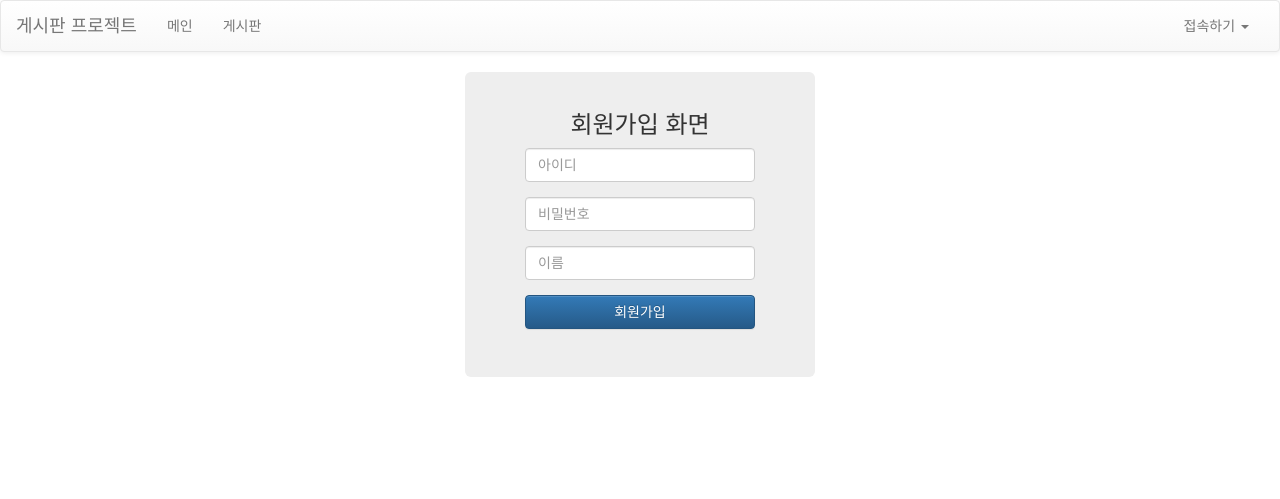
Repository: Seok7975/JSP-Education
Page: http://localhost/BBS/join.jsp
The author's editor kept a copy of each file at every save. The page is drawn from the files as they stood at one save, then again after the next save.
The browser window is 1280 px wide. The pictures show the whole page.
Some web libraries are served in a nearby version. The page is served by Tomcat 9. Other server files are loaded and not shown.

Above is the page before, as saved 2024-06-05 04:59:07.

### List_Projects/BBS/src/main/webapp/join.jsp
 <!-- 회원가입화면 -->
<%@ page language="java" contentType="text/html; charset=UTF-8"
    pageEncoding="UTF-8"%>
<!DOCTYPE html>
<html>
<head>
<meta http-equiv="Content-Type" content="text/html; charset=UTF-8">
<meta name="viewport" content="width=device-width, initial-scale=1">
<!-- Latest compiled and minified CSS -->
<link rel="stylesheet" href="https://cdn.jsdelivr.net/npm/bootstrap@3.3.7/dist/css/bootstrap.min.css" integrity="sha384-BVYiiSIFeK1dGmJRAkycuHAHRg32OmUcww7on3RYdg4Va+PmSTsz/K68vbdEjh4u" crossorigin="anonymous">
<!-- Optional theme -->
<link rel="stylesheet" href="https://cdn.jsdelivr.net/npm/bootstrap@3.3.7/dist/css/bootstrap-theme.min.css" integrity="sha384-rHyoN1iRsVXV4nD0JutlnGaslCJuC7uwjduW9SVrLvRYooPp2bWYgmgJQIXwl/Sp" crossorigin="anonymous">
<!-- jQuery (necessary for Bootstrap's JavaScript plugins) -->
<script src="https://code.jquery.com/jquery-3.1.1.min.js"></script>
<!-- Latest compiled and minified JavaScript -->
<script src="https://cdn.jsdelivr.net/npm/bootstrap@3.3.7/dist/js/bootstrap.min.js" integrity="sha384-Tc5IQib027qvyjSMfHjOMaLkfuWVxZxUPnCJA7l2mCWNIpG9mGCD8wGNIcPD7Txa" crossorigin="anonymous"></script>
<title>JSP 게시판 웹 사이트</title>
</head>
<body>
	<nav class="navbar navbar-default">
		<div class="container-fluid">
			<div class="navbar-header">
				<button type="button" class="navbar-toggle collapsed" data-toggle="collapse" data-target="#bs-example-navbar-collapse-1" aria-expanded="false">
					<span class="sr-only">Toggle navigation</span>
					<span class="icon-bar"></span>
					<span class="icon-bar"></span>
					<span class="icon-bar"></span>
				</button>
				<a class="navbar-brand" href="main.jsp">게시판 프로젝트</a>
			</div>
			<div class="collapse navbar-collapse" id="bs-example-navbar-collapse-1">
				<ul class="nav navbar-nav">
					<li><a href="main.jsp">메인</a></li>
					<li><a href="bbs.jsp">게시판</a></li>
				</ul>
				<ul class="nav navbar-nav navbar-right">
					<li class="dropdown">
						<a href="#" class="dropdown-toggle" data-toggle="dropdown" role="button" aria-haspopup="true" aria-expanded="false">접속하기 <span class="caret"></span></a>
						<ul class="dropdown-menu">
							<li class="active"><a href="login.jsp">로그인</a></li>
							<li><a href="join.jsp">회원가입</a></li>
						</ul>
					</li>
				</ul>
			</div>
		</div>
	</nav>
	<div class="container">
		<div class="col-lg-4"></div>
		<div class="col-lg-4">
			<div class="jumbotron" style="padding-top: 20px;">
				<form method="post" action="loginAction.jsp">
					<h3 style="text-align: center;">회원가입 화면</h3>
					<div class="form-group">
						<input type="text" class="form-control" placeholder="아이디" name="userID" maxlength="20">
					</div>
					<div class="form-group">
						<input type="password" class="form-control" placeholder="비밀번호" name="userPassword" maxlength="20">
					</div>
					<div class="form-group">
						<input type="text" class="form-control" placeholder="이름" name="userName" maxlength="20">
					</div>
					<input type="submit" class="btn btn-primary form-control" value="회원가입">
				</form>
			</div>
		</div>
		<div class="col-lg-4"></div>
	</div>
</body>
</html>

After the next save:
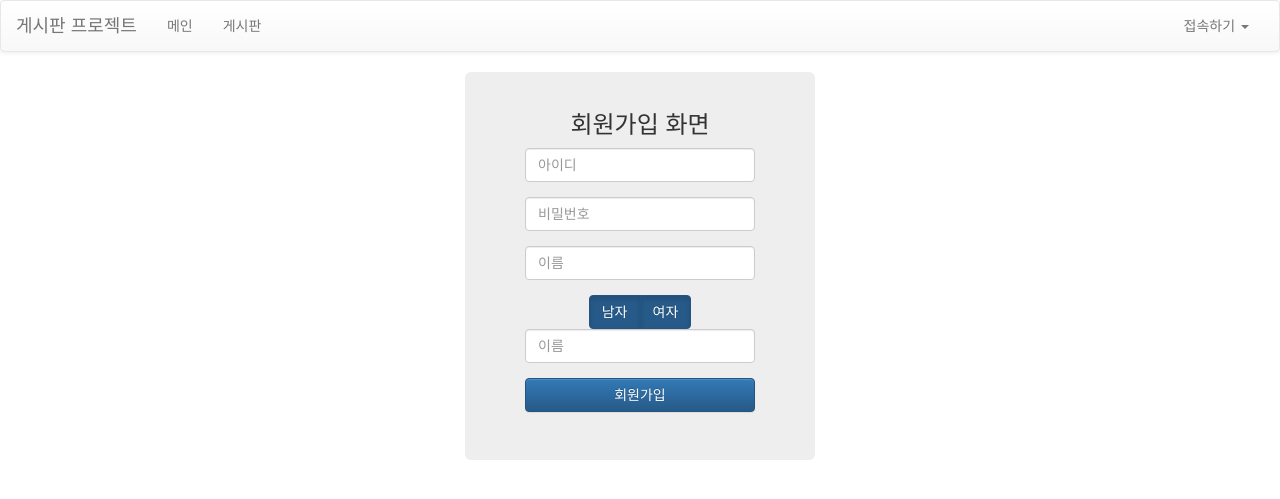
Saved 2 min 45 s later.
--- a/List_Projects/BBS/src/main/webapp/join.jsp
+++ b/List_Projects/BBS/src/main/webapp/join.jsp
@@ -60,6 +60,17 @@
 					<div class="form-group">
 						<input type="text" class="form-control" placeholder="이름" name="userName" maxlength="20">
 					</div>
+					<div class="form-group" style="text-align : center;">
+						<div class="btn-group" data-toggle="buttons">
+							<label class="btn btn-primary active">
+								<input type="radio" name="userGender" autocomplete="off" value="남자" checked>남자
+							</label>
+							<label class="btn btn-primary active">
+								<input type="radio" name="userGender" autocomplete="off" value="여자" checked>여자
+							</label>
+						</div>
+						<input type="text" class="form-control" placeholder="이름" name="userName" maxlength="20">
+					</div>
 					<input type="submit" class="btn btn-primary form-control" value="회원가입">
 				</form>
 			</div>
